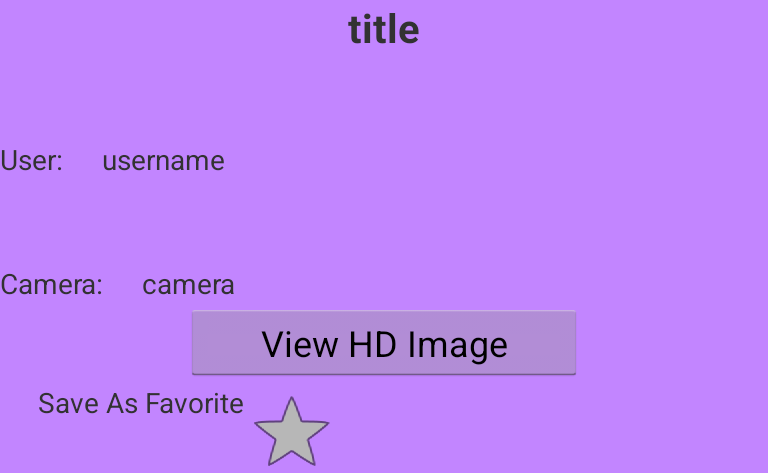
Repository: arianaantonio/Java2_Antonio
Layout: SpaceImageViewer/res/layout/details_activity.xml
These files come from the project's save history. The layout is drawn as it stood at one moment and after the next save; the edit follows.
The pictures show rows 0 to 473 of an output 1280 px tall.
Pictures or frames that could not be fetched are drawn as grey boxes. It is drawn on a 768 x 1280 px phone screen (xhdpi) without system bars, with theme AppTheme; the app's code is not run.

Above is the layout before, as saved 2014-07-31 05:55:28.

### SpaceImageViewer/res/layout/details_activity.xml
<?xml version="1.0" encoding="utf-8"?>
<LinearLayout xmlns:android="http://schemas.android.com/apk/res/android"
    android:layout_width="match_parent"
    android:layout_height="match_parent"
    android:background="@color/Purple"
    android:orientation="vertical" >

    <TextView
        android:id="@+id/title"
        android:layout_width="fill_parent"
        android:layout_height="wrap_content"
        android:gravity="center"
        android:text="title"
        android:textSize="20sp"
        android:textStyle="bold" />

    <LinearLayout
        android:layout_width="287dp"
        android:layout_height="wrap_content"
        android:layout_marginTop="43dp"
        android:orientation="horizontal" >

        <TextView
            android:id="@+id/user"
            android:layout_width="wrap_content"
            android:layout_height="wrap_content"
            android:layout_weight="0.88"
            android:text="@string/userString" />

        <TextView
            android:id="@+id/userName"
            android:layout_width="wrap_content"
            android:layout_height="wrap_content"
            android:layout_weight="7.80"
            android:text="username" />
    </LinearLayout>

    <LinearLayout
        android:id="@+id/linearLayout2"
        android:layout_width="287dp"
        android:layout_height="wrap_content"
        android:layout_marginTop="43dp"
        android:orientation="horizontal" >

        <TextView
            android:id="@+id/camera"
            android:layout_width="wrap_content"
            android:layout_height="wrap_content"
            android:layout_weight="0.88"
            android:text="@string/cameraString" />

        <TextView
            android:id="@+id/cameraType"
            android:layout_width="wrap_content"
            android:layout_height="wrap_content"
            android:layout_weight="7.80"
            android:text="camera" />
    </LinearLayout>

    <Button
        android:id="@+id/button1"
        android:layout_width="wrap_content"
        android:layout_height="wrap_content"
        android:layout_gravity="center"
        android:layout_weight="0.00"
        android:minHeight="35dp"
        android:text="@string/HDbutton"
        android:width="200dp" />

    <LinearLayout
        android:id="@+id/linearLayout3"
        android:layout_width="match_parent"
        android:layout_height="wrap_content"
        android:layout_weight="0.00"
        android:orientation="horizontal" >

        <TextView
            android:id="@+id/textView1"
            android:layout_width="wrap_content"
            android:layout_height="45dp"
            android:layout_marginLeft="19dp"
            android:layout_marginTop="@20dp"
            android:text="@string/favorite" />

        <RatingBar
            android:id="@+id/ratingBar"
            android:layout_width="wrap_content"
            android:layout_height="45dp"
            android:layout_gravity="center"
            android:numStars="1"
            android:rating="0.0"
            android:stepSize="1.0" />

    </LinearLayout>

    <com.loopj.android.image.SmartImageView
        android:id="@+id/my_image"
        android:layout_width="match_parent"
        android:layout_height="match_parent"
        android:visibility="visible" />

</LinearLayout>

### SpaceImageViewer/res/values/strings.xml
<?xml version="1.0" encoding="utf-8"?>
<resources>

    <string name="app_name">Space Image Viewer</string>
    <string name="action_settings">Settings</string>
    <string name="textview_text">List of images of spiral galaxies</string>
    <string name="detail_view">Details:</string>
    <string name="Description">Image View</string>
    <color name="Purple">#C285FF</color>
    <color name="Grey">#D8D8D8</color>
    <color name="Aqua">#99FFFF</color>
    <string name="userString">User:</string>
    <string name="cameraString">Camera:</string>
    <string name="HDbutton">View HD Image</string>
    <string name="detailactivity">Details Activity</string>
    <string name="favorite">Save As Favorite</string>
    <string name="preferences">Preferences</string>
    <string name="search">Search</string>
    <string name="favorites">Favorites:</string>
    <string name="search_hint">Search for title or username</string>
    <string-array name="background_colors">
        <item>Blue</item>
        <item>Green</item>
        <item>Purple</item>
        <item>Pink</item>
        <item>Brown</item>
    </string-array>
    <color name="Blue">#0E15E3</color>
    <color name="Green">#30A307</color>
    <color name="Pink">#E30EB1</color>
    <color name="Brown">#75350B</color>
    <string name="favoritesactivity">Favorites Activity</string>
    <string name="textview_hint">Enter a new list title</string>


</resources>

Loaded but not shown: SpaceImageViewer/res/values/styles.xml (common file); SpaceImageViewer/res/values-v11/styles.xml (common file); SpaceImageViewer/res/values-v14/styles.xml (common file)

After the next save:
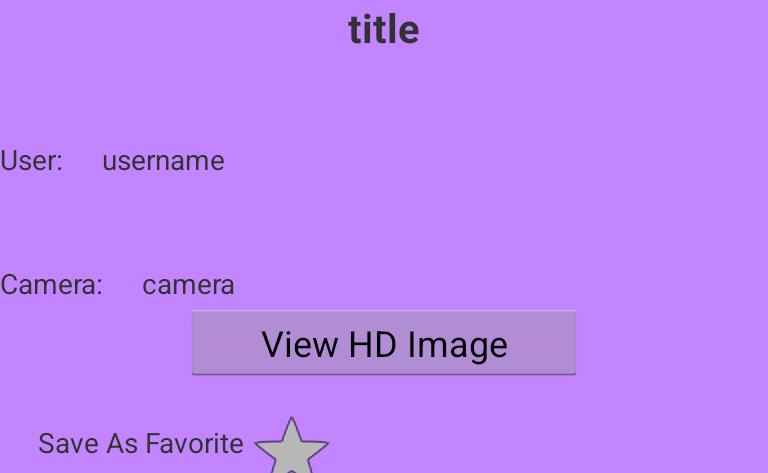
Saved 7 s later.
--- a/SpaceImageViewer/res/layout/details_activity.xml
+++ b/SpaceImageViewer/res/layout/details_activity.xml
@@ -79,7 +79,7 @@
             android:layout_width="wrap_content"
             android:layout_height="45dp"
             android:layout_marginLeft="19dp"
-            android:layout_marginTop="@20dp"
+            android:layout_marginTop="20dp"
             android:text="@string/favorite" />
 
         <RatingBar
